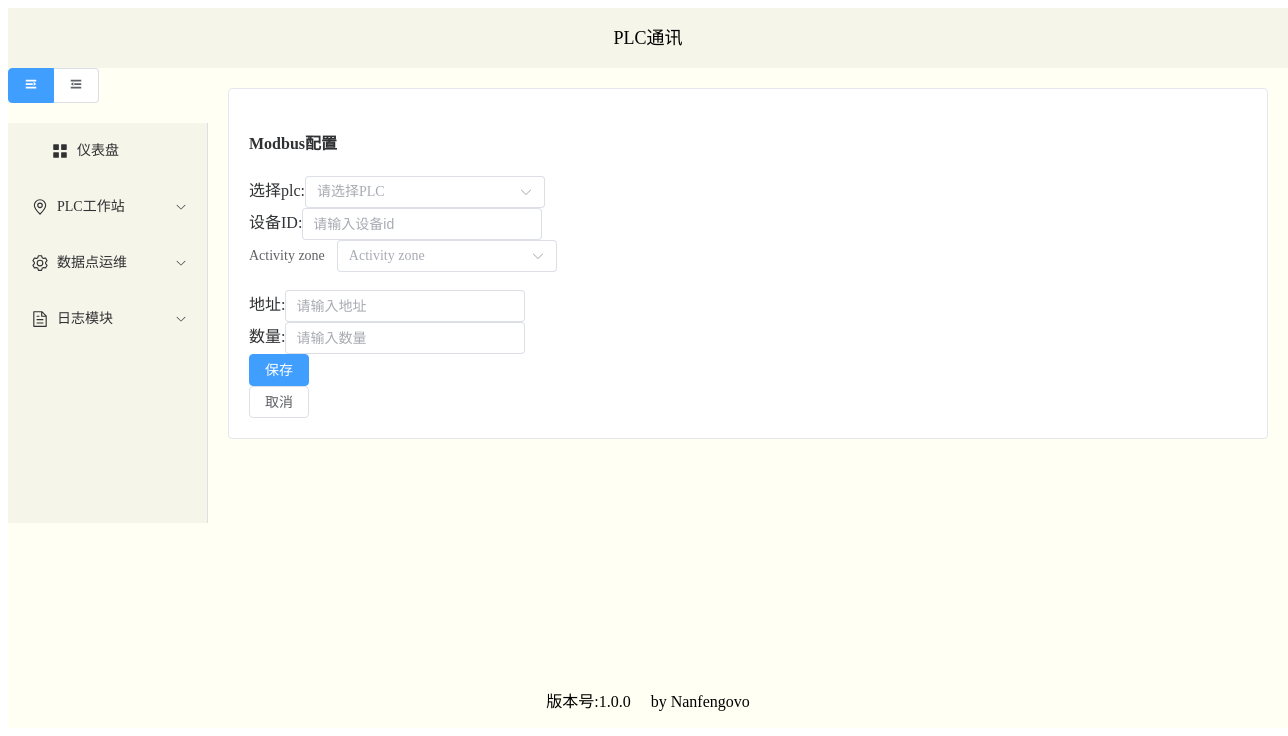
Repository: nanfengovo/HelperWorkStation
Page: /#/frameWork/DataPointOperations/Modbus (app in HelperWorkStation/plchelper-ui/)
An editor plug-in stored every save of this project. The page is shown before and after the next save, followed by the edit.
The browser window is 1280 px wide. The page is 1288 px wide, so the pictures cover 1288 px, including what lies to the right of the window. The pictures show the whole page.
The project was rebuilt for these pictures with package versions that can differ from the ones it lists, and the page was loaded fresh each time. Also part of the build but not shown: HelperWorkStation/plchelper-ui/vite.config.ts, HelperWorkStation/plchelper-ui/src/views/Login/index.vue.

Above is the page before, as saved 2025-01-28 22:22:36.

### HelperWorkStation/plchelper-ui/index.html
<!DOCTYPE html>
<html lang="">
  <head>
    <meta charset="UTF-8">
    <link rel="icon" href="/icon-park-outline--cpu.png">
    <meta name="viewport" content="width=device-width, initial-scale=1.0">
    <title>PLCHelper Station</title>
  </head>
  <body>
    <div id="app"></div>
    <script type="module" src="/src/main.ts"></script>
  </body>
</html>

<style>
  #app{
    /* display: flex;
    justify-content: center;
    align-items: center; */
    height: 100vh;
    width: 100vw;
  }
</style>

### HelperWorkStation/plchelper-ui/src/main.ts
// import './assets/main.css'

import { createApp } from 'vue'
import ElementPlus from 'element-plus'
import 'element-plus/dist/index.css'
import { createPinia } from 'pinia'

import App from './App.vue'
import * as ElementPlusIconsVue from '@element-plus/icons-vue'
import router from './router'

const app = createApp(App)
app.use(router)
for (const [key, component] of Object.entries(ElementPlusIconsVue)) {
    app.component(key, component)
    }
app.use(ElementPlus)
app.use(createPinia())


app.mount('#app')

### HelperWorkStation/plchelper-ui/src/App.vue
<script setup lang="ts">
import {  RouterView } from 'vue-router'
import FrameWork from './views/FrameWork/index.vue'
import Login from './views/Login/index.vue'
</script>

<template>
  <div class="app">
    <RouterView />
  </div>

  <!-- <RouterView /> -->
</template>

<style scoped>
	html,body,#app{
      height: 100%;
      width: 100%;
	}
  .app{
    height: 100%;
    width: 100%;
  }
</style>

### HelperWorkStation/plchelper-ui/src/router/index.ts
import { createMemoryHistory, createRouter, createWebHashHistory, type RouteRecordRaw } from 'vue-router'
import frameWork from '../views/FrameWork/index.vue';
import Login from '../views/Login/index.vue';
import panel from '../views/FrameWork/layout/panel/index.vue';

// const routes: RouteRecordRaw[] = [];
const routes: Array<RouteRecordRaw> = [
    {
        path: '/',
        redirect: '/login'
    },
    {
        path: '/login',
        name: 'login',
        component: Login
    },
    {
        path: '/frameWork',
        name: '主页',
        component: frameWork,
        children: [
            {
                path: '/framework/panel',
                name: '仪表板',
                component: () => import('../views/FrameWork/layout/panel/index.vue'),
            },
            {
                path: '/frameWork/PLCWorkstation/Modbus',
                name: 'PLC工作站-Modbus',
                component: () => import('../views/FrameWork/layout/PLCWorkstation/Modbus/index.vue'),
            },
            {
                path: '/frameWork/PLCWorkstation/PLC',
                name: 'PLC工作站-PLC配置',
                component: () => import('../views/FrameWork/layout/PLCWorkstation/PLC/index.vue'),
            },
            {
                path: '/frameWork/PLCWorkstation/S7',
                name: 'PLC工作站-S7',
                component: () => import('../views/FrameWork/layout/PLCWorkstation/S7/index.vue'),
            },
            {
                path: '/frameWork/PLCWorkstation/OPC',
                name: 'PLC工作站-OPC',
                component: () => import('../views/FrameWork/layout/PLCWorkstation/OPC/index.vue'),
            },
            {
                path: '/frameWork/PLCWorkstation/FinsTCP',
                name: 'PLC工作站-FinsTCP',
                component: () => import('../views/FrameWork/layout/PLCWorkstation/FinsTCP/index.vue'),
            },
            {
                path: '/frameWork/DataPointOperations/Modbus',
                name: '数据点运维-Modbus',
                component: () => import('../views/FrameWork/layout/DataPointOperations/Modbus/index.vue'),
            },
            {
                path: '/frameWork/DataPointOperations/S7',
                name: '数据点运维-S7',
                component: () => import('../views/FrameWork/layout/DataPointOperations/S7/index.vue'),
            },
            {
                path: '/frameWork/DataPointOperations/Opc',
                name: '数据点运维-Opc',
                component: () => import('../views/FrameWork/layout/DataPointOperations/OPC/index.vue'),
            },
            {
                path: '/frameWork/DataPointOperations/FinsTCP',
                name: '数据点运维-FinsTCP',
                component: () => import('../views/FrameWork/layout/DataPointOperations/FinsTCP/index.vue'),
            },
            {
                path: '/frameWork/Log/Operation',
                name: '用户操作日志',
                component: () => import('../views/FrameWork/layout/Log/Operation/index.vue'),
            },
            {
                path: '/frameWork/Log/ReadWrite',
                name: '数据点读写日志',
                component: () => import('../views/FrameWork/layout/Log/ReadWrite/index.vue'),
            },

        ],


    },
];

const router = createRouter({
    history: createWebHashHistory(),
    routes,
});

export default router;

### HelperWorkStation/plchelper-ui/src/views/FrameWork/index.vue
<template>
    <div class="common-layout">
        <el-container>
            <div class="layout-header">
                <el-header>
                    PLC通讯
                </el-header>
            </div>
            <el-container>
                <el-aside width="200px" height="100vh" >
                    <el-radio-group v-model="isCollapse" style="margin-bottom: 20px">
                        <el-radio-button :value="false"><el-icon><Expand /></el-icon></el-radio-button>
                        <el-radio-button :value="true"><el-icon><Fold /></el-icon></el-radio-button>
                    </el-radio-group>
                    <el-menu
                        background-color="#f5f5e9"
                        default-active="1"
                        class="el-menu-vertical-demo"
                        :collapse="isCollapse"
                        @open="handleOpen"
                        @close="handleClose"
                        router
                    >
                        <el-menu-item index="/frameWork/panel">
                            <el-menu-item >
                                <el-icon><icon-menu /></el-icon>
                                <template #title>仪表盘</template>
                            </el-menu-item>
                        </el-menu-item>
                        <el-sub-menu index="2">
                        <template #title>
                            <el-icon><location /></el-icon>
                            <span>PLC工作站</span>
                        </template>
                        <el-menu-item-group >
                            <el-menu-item index="/frameWork/PLCWorkstation/PLC">PLC配置</el-menu-item>
                            <el-menu-item index="/frameWork/PLCWorkstation/Modbus">Modbus模块</el-menu-item>
                            <el-menu-item index="/frameWork/PLCWorkstation/S7">S7模块</el-menu-item>
                            <el-menu-item index="/frameWork/PLCWorkstation/OPC">OPC模块</el-menu-item>
                            <el-menu-item index="/frameWork/PLCWorkstation/FinsTCP">FinsTCP模块</el-menu-item>
                        </el-menu-item-group>
                        </el-sub-menu>
                        <el-sub-menu index="3">
                        <template #title>
                            <el-icon><Setting /></el-icon>
                            <span>数据点运维</span>
                        </template>
                        <el-menu-item-group >
                            <el-menu-item index="/frameWork/DataPointOperations/Modbus">Modbus数据点配置</el-menu-item>
                            <el-menu-item index="/frameWork/DataPointOperations/S7">S7数据点配置</el-menu-item>
                            <el-menu-item index="/frameWork/DataPointOperations/Opc">OPC数据点配置</el-menu-item>
                            <el-menu-item index="/frameWork/DataPointOperations/FinsTCP">FinsTCP数据点模块</el-menu-item>
                        </el-menu-item-group>
                        </el-sub-menu>
                        <el-sub-menu index="4">
                        <template #title>
                            <el-icon><Document /></el-icon>
                            <span>日志模块</span>
                        </template>
                        <el-menu-item-group >
                            <el-menu-item index="/frameWork/Log/Operation">操作日志</el-menu-item>
                            <el-menu-item index="/frameWork/Log/ReadWrite">读写日志</el-menu-item>
                        </el-menu-item-group>
                        </el-sub-menu>
                    </el-menu>
                </el-aside>
                    <el-container>
                        <el-main>
                            <!-- <div class="main-header"> -->
                            <!-- <div class="main-header-breadcrumb"> -->
                                <!-- 面包屑 -->
                                <!-- <el-breadcrumb :separator-icon="ArrowRight"
                                                style="cursor: pointer; margin: 10px 0; display:inline-block;margin-left: 10px; ">
                                                <el-breadcrumb-item  >面包屑导航</el-breadcrumb-item>
                                </el-breadcrumb>
                            </div> -->
                            <!-- <div class="main-header-tab">
                                <el-tab>
                                    <el-tabs
                                    v-model="tablist"
                                    type="card"
                                    editable
                                    class="demo-tabs"
                                    @tab-click="pushTo"
                                >
                                    <el-tab-pane
                                    v-for="item in tablist"
                                    :key="item.name"
                                    :label="item.name"
                                    :name="item.name"
                                    >
                                    {{ item.path }}
                                    </el-tab-pane>
                                </el-tabs>
                                </el-tab>
                            </div> -->
                        <!-- </div> -->
                            <RouterView/>
                        </el-main>
                    </el-container>
            </el-container>
                <el-footer class="fixed-footer" >
                    <span>版本号:{{SoftVersion}}</span>&nbsp;&nbsp;&nbsp;&nbsp;
                    <span>by {{ SoftAuthor }}</span>
                </el-footer>
        </el-container>
    </div>
</template>

<script lang="ts" setup>
import { ref } from 'vue'
import { useRouter } from 'vue-router';
import routes from '../../router/index';
import {
    Document,
    Menu as IconMenu,
    Location,
    Setting,
    ArrowRight,
} from '@element-plus/icons-vue'
import type { TabPaneName } from 'element-plus'



const SoftVersion = ref('1.0.0')
const SoftAuthor = ref('Nanfengovo')


import { useRoute } from 'vue-router'
import router from '../../router/index';
const route = useRoute()
const pathList = ref()

console.log('route', route)// 获取当前路由
console.log('route.matched', route.matched)// 获取当前路由匹配到的路由记录
console.log('route.matched[0].children', route.matched[0].children)// 获取当前路由匹配到的路由记录

const tablist = ref(route.matched[0].children)
const isCollapse = ref(false)

let tabIndex = 1;

// const pushTo = (tab: TabPaneName) => {
//     router.push(tab)
// }


</script>

<style>
.el-menu-vertical-demo:not(.el-menu--collapse) {
    width: 200px;
    min-height: 400px;
}
.layout-header {
    background-color: #f5f5e9;
    color: black;
    text-align: center;
    line-height: 60px;
    font-size: 18px;
}

.common-layout{
    display: flex;
    flex-direction: column;
    min-height: 100vh;
    background-color: #fffff3;
}
.fixed-footer {
    background-color: #fffff3; /* 根据需要设置背景颜色 */
    padding: 10px; /* 根据需要设置内边距 */
    text-align: center; /* 根据需要设置文本对齐方式 */
    margin-bottom: 20px;
    height: 30px;
    font-size: 16px;
}
.main-header{
    border: red 1px solid;
    width: 100%;
    height: 30px;
}
/* .main-header-breadcrumb{
    border: green 1px solid;
    margin: 10px;
    width: 100%;
    height: 30px;
} */
.main-header-tab
{
    border: blue 1px solid;
    width: 100%;
    height: 30px;
}
.demo-tabs {
    border: 1px solid orangered;
    width: 60px;
    height: 30px;
    border-radius: 4px;
}
.demo-tabs>.el-tab-pane {
    border-bottom: 1px solid #ebeef5;
}
</style>

### HelperWorkStation/plchelper-ui/src/views/FrameWork/layout/DataPointOperations/Modbus/index.vue
<template>
    <div class="modbus">
        <el-card class="modbus-card" shadow="hover">
            <div class="modbus-header">
                <div class="card-top-top">
                        <h4>Modbus配置</h4>
                </div>
                <div class="card-top-content">
                        <div class="content-plc">
                            <label>选择plc:</label>
                            <el-select v-model="PLCList" placeholder="请选择PLC" style="width: 240px">
                            </el-select>
                        </div>
                        <div class="content-saliveId">
                            <label>设备ID:</label>
                            <el-input
                                v-model="inputSaliveId"
                                style="width: 240px"
                                placeholder="请输入设备id"
                                clearable
                            />
                        </div>
                        <!-- <el-form-item label="Function code" >
                            <el-select
                                v-model="formInline.region"
                                placeholder="请选择功能码"
                                clearable
                            >
                                <el-option label="01 Read Coils（0x）" value="01 Read Coils（0x）" />
                                <el-option value="02 Read Discrete Inputs (1x)" />
                                <el-option value="03 Read Holding Registers (4x)" />
                                <el-option value="04 Read Input Registers (3x)" />
                                <el-option value="05 Write Single Coil" />
                                <el-option value="06 Write Single Register" />
                                <el-option value="15 Write Multiple Coils" />
                                <el-option value="16 WriteMultipleRegisters" />
                            </el-select>
                        </el-form-item> -->
                        <el-form :inline="true" :model="formInline" class="demo-form-inline">
                            <el-form-item label="Activity zone" >
                            <el-select
                                v-model="formInline.region"

                                placeholder="Activity zone"
                                clearable
                            >
                                <el-option label="Zone one" value="shanghai" />
                                <el-option label="Zone two" value="beijing" />
                            </el-select>
                        </el-form-item>
                        </el-form>

                        <div class="content-address">
                            <label>地址:</label>
                            <el-input
                                v-model="inputAddress"
                                style="width: 240px"
                                placeholder="请输入地址"
                                clearable
                            />
                        </div>
                        <div class="content-quantity">
                            <label>数量:</label>
                            <el-input
                                v-model="inputQuantity"
                                style="width: 240px"
                                placeholder="请输入数量"
                                clearable
                            />
                        </div>
                        <div class="btn-save" v-on:click="save">
                            <el-button type="primary" >保存</el-button>
                        </div>
                        <div class="btn-cancel" v-on:click="cancel">
                            <el-button >取消</el-button>
                        </div>
                    </div>
            </div>

        </el-card>
    </div>
</template>
<script setup lang = "ts">
import { reactive, ref } from 'vue';

const inputPort = ref('');
const inputSaliveId = ref('');
const PLCList = ref([]);



const formInline = reactive({
  user: '',
  region: '',
  date: '',
})
</script>

<style >
.card-top-top{
    align-items: center;
}
.demo-form-inline .el-select {
    --el-select-width: 220px;
}</style>

After the next save:
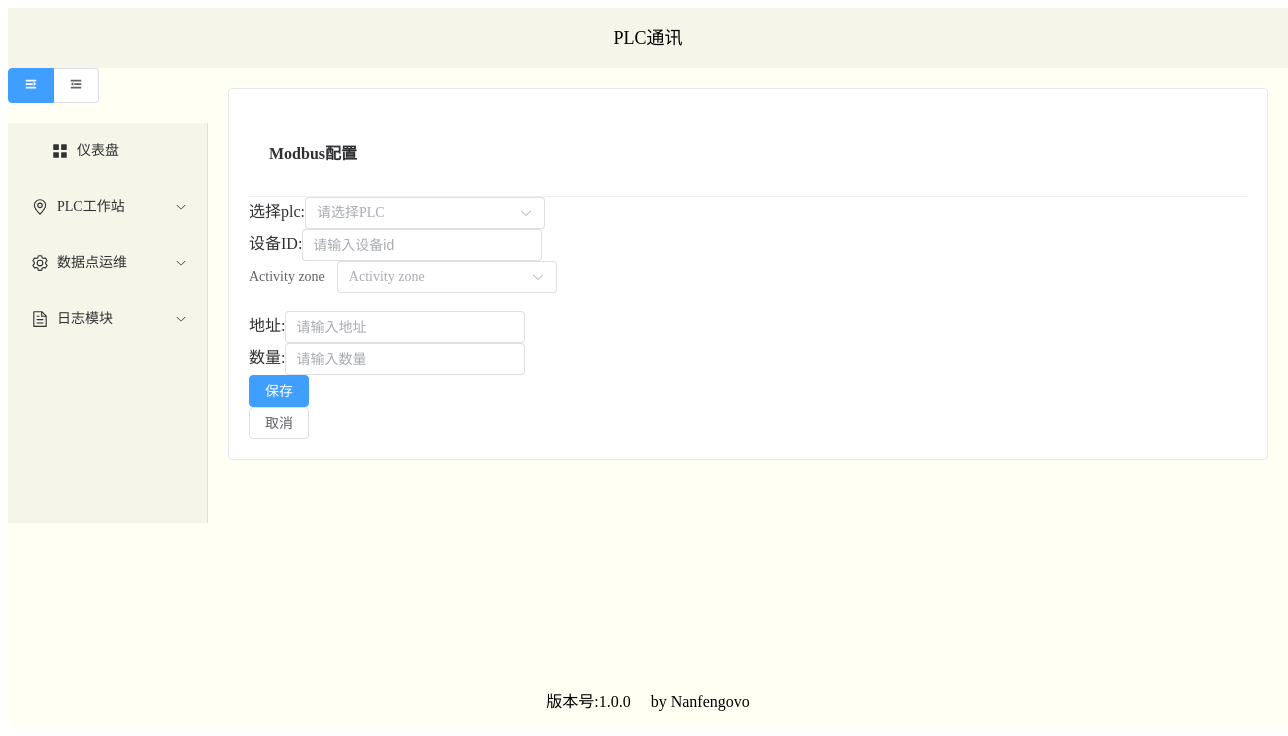
Saved 9 s later.
--- a/HelperWorkStation/plchelper-ui/src/views/FrameWork/layout/DataPointOperations/Modbus/index.vue
+++ b/HelperWorkStation/plchelper-ui/src/views/FrameWork/layout/DataPointOperations/Modbus/index.vue
@@ -98,7 +98,11 @@
 
 <style >
 .card-top-top{
+    display: flex;
+    justify-content: space-between;
     align-items: center;
+    padding: 10px 20px;
+    border-bottom: 1px solid #ebeef5;
 }
 .demo-form-inline .el-select {
     --el-select-width: 220px;

After the save that followed:
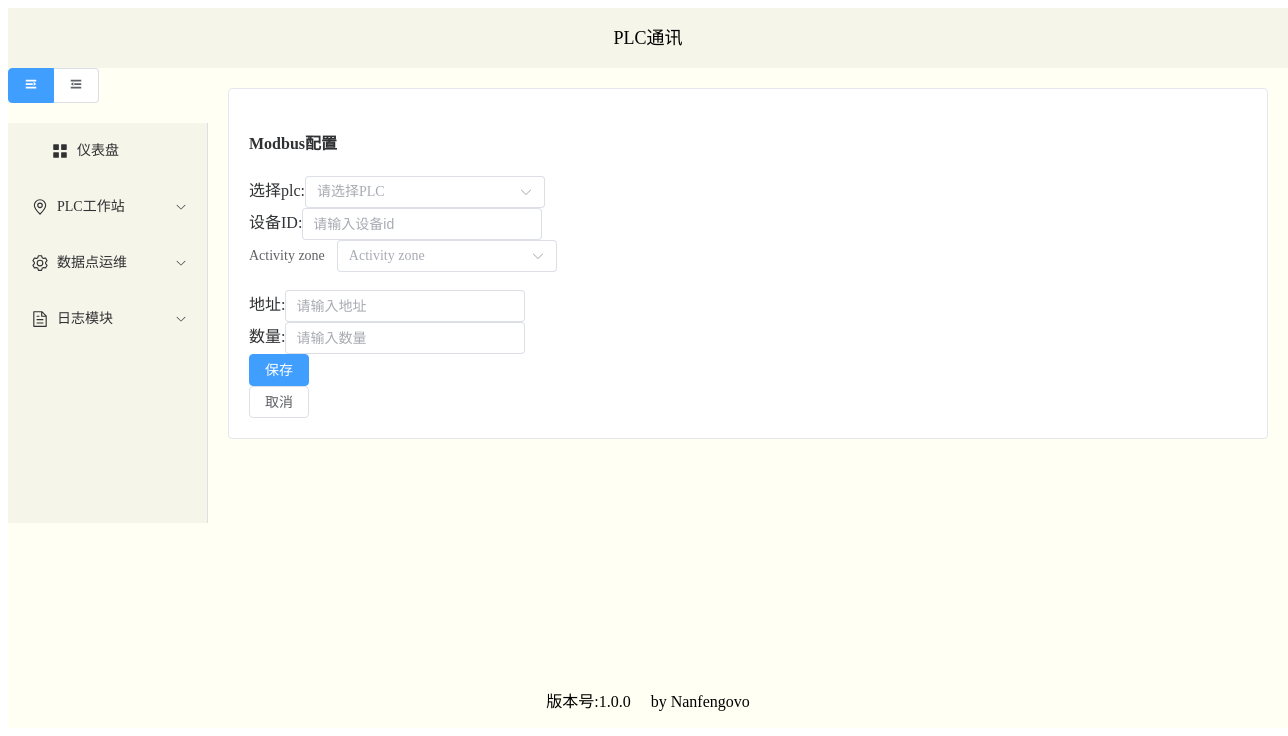
Saved 65 s later.
--- a/HelperWorkStation/plchelper-ui/src/views/FrameWork/layout/DataPointOperations/Modbus/index.vue
+++ b/HelperWorkStation/plchelper-ui/src/views/FrameWork/layout/DataPointOperations/Modbus/index.vue
@@ -98,11 +98,7 @@
 
 <style >
 .card-top-top{
-    display: flex;
-    justify-content: space-between;
-    align-items: center;
-    padding: 10px 20px;
-    border-bottom: 1px solid #ebeef5;
+    justify-content: center; /* 在主轴上居中对齐 */
 }
 .demo-form-inline .el-select {
     --el-select-width: 220px;
